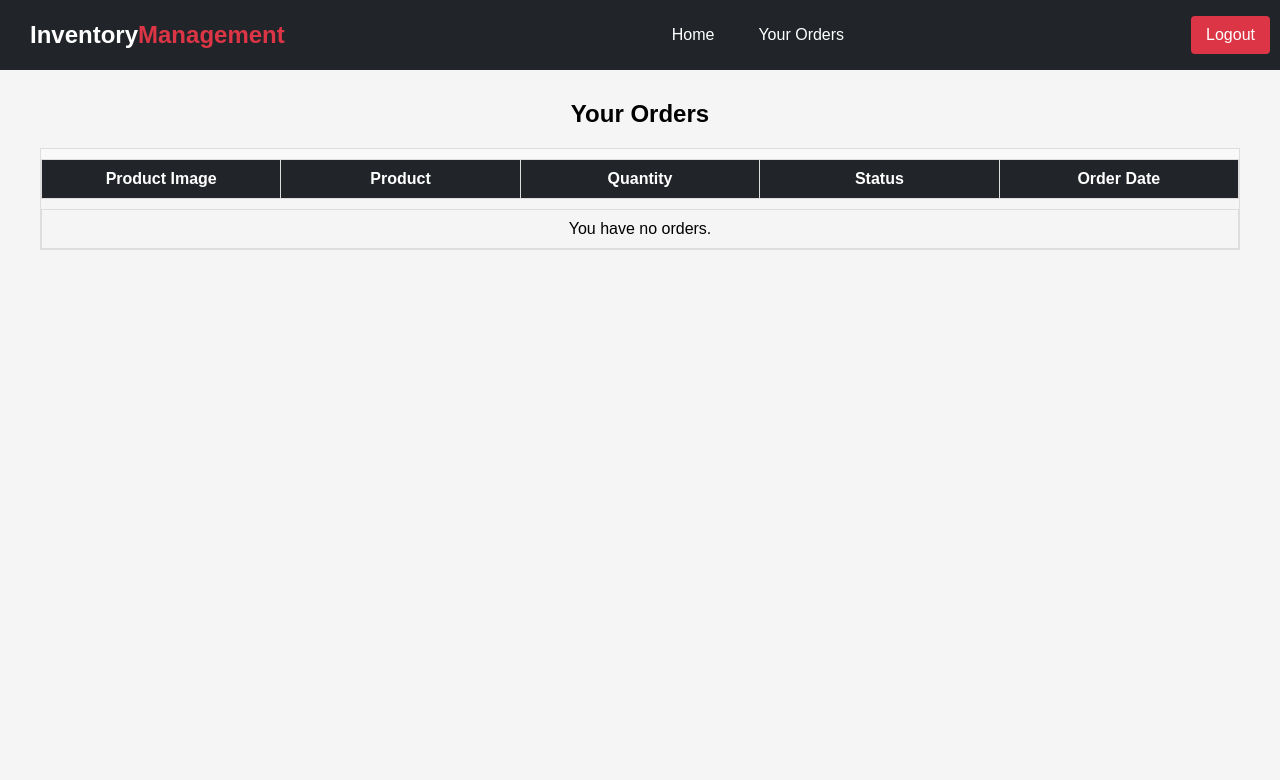
Repository: Fail2/Inventory_Management
Page: inventory_management/accounts/templates/accounts/buyer_orders.html
The author's editor kept a copy of each file at every save. The page is drawn from the files as they stood at one save, then again after the next save.
The browser window is 1280 px wide. The pictures show the whole page.
The page is served by the project's application, run on Django 5.2 (inventory_management/manage.py). Other server files are loaded and not shown. The template is opened directly, without the code that normally fills it, so the values that code supplies are empty.

Above is the page before, as saved 2025-05-03 10:14:26.

### inventory_management/accounts/templates/accounts/buyer_orders.html
{% extends 'accounts/buyer_base.html' %}

{% block title %}Your Orders{% endblock %}

{% block extra_css %}
<style>
    html, body {
        height: 100%;
        margin: 0;
        padding: 0;
    }

    .page-wrapper {
        display: flex;
        flex-direction: column;
        height: 100%;
    }

    h2 {
        text-align: center;
        margin: 20px 0;
    }

    .table-container {
        flex: 1;
        display: flex;
        flex-direction: column;
        margin: 0 20px 20px 20px;
        border: 1px solid #ddd;
    }

    .table-header, .table-body {
        width: 100%;
    }

    .table-header table, .table-body table {
        width: 100%;
        border-collapse: collapse;
        table-layout: fixed;
    }

    .table-header th, .table-body td {
        padding: 10px;
        text-align: center;
        border: 1px solid #ddd;
    }

    .table-header {
        background-color: #f9f9f9;
    }

    .table-body {
        flex: 1;
        overflow-y: auto;
        max-height: 70vh;  /* Adjust as needed */
    }

    img {
        max-width: 100px;
        height: auto;
    }

    @media screen and (max-width: 600px) {
        .table-header th, .table-body td {
            font-size: 12px;
            padding: 5px;
        }
        img {
            max-width: 60px;
        }
    }
</style>
{% endblock %}

{% block content %}
<div class="page-wrapper">
    <h2>Your Orders</h2>

    <div class="table-container">
        <!-- Table Header -->
        <div class="table-header">
            <table>
                <thead>
                    <tr>
                        <th>Product Image</th>
                        <th>Product</th>
                        <th>Quantity</th>
                        <th>Status</th>
                        <th>Order Date</th>
                    </tr>
                </thead>
            </table>
        </div>

        <!-- Scrollable Table Body -->
        <div class="table-body">
            <table>
                <tbody>
                    {% for order in orders %}
                    <tr>
                        <td>
                            <img src="{{ order.product.picture.url|default:'/media/product_images/default-image.jpg' }}" alt="{{ order.product.name }}">
                        </td>
                        <td>{{ order.product.name }}</td>
                        <td>{{ order.quantity }}</td>
                        <td>{{ order.status }}</td>
                        <td>{{ order.order_date|date:"Y-m-d H:i" }}</td>
                    </tr>
                    {% empty %}
                    <tr>
                        <td colspan="5">You have no orders.</td>
                    </tr>
                    {% endfor %}
                </tbody>
            </table>
        </div>
    </div>
</div>
{% endblock %}

### inventory_management/accounts/templates/accounts/buyer_base.html
<!DOCTYPE html>
<html lang="en">
<head>
    <meta charset="UTF-8">
    <meta name="viewport" content="width=device-width, initial-scale=1.0">
    <title>Inventory Management</title>

    {% block extra_css %}{% endblock %}  <!-- Extra CSS block -->

    <!-- Internal CSS -->
    <style>
        body {
            margin: 0;
            font-family: 'Arial', sans-serif;
            background: #f5f5f5;
        }
        .navbar {
            background: #212529;
            color: white;
            padding: 10px 0;
            position: fixed;
            top: 0;
            width: 100%;
            z-index: 999;
        }
        .navbar-container {
            width: 100%;
            display: flex;
            justify-content: space-between;
            padding: 0 20px;
            align-items: center;
        }
        .navbar-logo {
            font-size: 24px;
            color: white;
            text-decoration: none;
            font-weight: bold;
            display: flex;
            align-items: center;
        }
        .navbar-logo i {
            margin-right: 10px;
            font-size: 28px;
        }
        .navbar-logo span {
            color: #dc3545;
        }
        .navbar-links {
            list-style: none;
            display: flex;
            gap: 20px;
            flex-grow: 1;
            justify-content: center;
        }
        .navbar-links li {
            display: inline;
        }
        .navbar-links a {
            color: white;
            text-decoration: none;
            padding: 8px 12px;
            font-size: 16px;
            border-radius: 4px;
            transition: background 0.3s;
        }
        .navbar-links a:hover {
            background: #575757;
        }
        .logout-btn-container {
            margin-left: auto;
            padding-right: 20px;
        }
        .logout-btn {
            background: #dc3545;
            color: white;
            padding: 10px 15px;
            font-size: 16px;
            cursor: pointer;
            border: none;
            border-radius: 4px;
            transition: background 0.3s;
            margin-right: 10px;
        }
        .logout-btn:hover {
            background: #c82333;
        }
        .main-content {
            padding: 20px;
            margin-top: 60px;
        }
        .orders-table {
            background: white;
            width: 100%;
            border-radius: 8px;
            padding: 20px;
            box-shadow: 0 0 10px rgba(0,0,0,0.1);
        }
        table {
            width: 100%;
            border-collapse: collapse;
            margin-top: 10px;
        }
        table, th, td {
            border: 1px solid #ddd;
        }
        th, td {
            padding: 8px;
            text-align: center;
        }
        th {
            background: #212529;
            color: white;
        }
    </style>
</head>
<body>
    <header>
        <nav class="navbar">
            <div class="navbar-container">
                <a href="{% url 'buyer_home' %}" class="navbar-logo">
                    <i class="fas fa-cart-plus"></i> Inventory <span>Management</span>
                </a>
                <ul class="navbar-links">
                    <li><a href="{% url 'buyer_home' %}">Home</a></li>
                    <li><a href="{% url 'buyer_orders' %}">Your Orders</a></li>
                </ul>
                <div class="logout-btn-container">
                    <form method="post" action="{% url 'logout' %}">
                        {% csrf_token %}
                        <button type="submit" class="logout-btn">
                            <i class="fas fa-sign-out-alt"></i> Logout
                        </button>
                    </form>
                </div>
            </div>
        </nav>
    </header>

    <div class="main-content">
        {% block content %}{% endblock %}
    </div>

    {% block extra_scripts %}{% endblock %}  <!-- Extra scripts block -->
</body>
</html>

### inventory_management/accounts/middleware/auth_middleware.py
from django.shortcuts import redirect

class BuyerSupplierLoginRequiredMiddleware:
    """
    Middleware to protect buyer and supplier pages.
    If user is not logged in, they will be redirected to login page.
    """

    def __init__(self, get_response):
        self.get_response = get_response

    def __call__(self, request):
        # Paths that need protection
        protected_paths = [
            '/buyer/',         # All buyer pages
            '/supplier/',      # All supplier pages
        ]

        # Check if the request path starts with any protected path
        if any(request.path.startswith(path) for path in protected_paths):
            if not request.session.get('user_type'):
                # If user_type not found in session, redirect to login
                return redirect('login')  # URL name of your login page

        response = self.get_response(request)
        return response

### inventory_management/inventory_management/urls.py
"""
URL configuration for inventory_management project.

The `urlpatterns` list routes URLs to views. For more information please see:
    https://docs.djangoproject.com/en/5.2/topics/http/urls/
Examples:
Function views
    1. Add an import:  from my_app import views
    2. Add a URL to urlpatterns:  path('', views.home, name='home')
Class-based views
    1. Add an import:  from other_app.views import Home
    2. Add a URL to urlpatterns:  path('', Home.as_view(), name='home')
Including another URLconf
    1. Import the include() function: from django.urls import include, path
    2. Add a URL to urlpatterns:  path('blog/', include('blog.urls'))
"""
from django.contrib import admin
from django.conf import settings
from django.conf.urls.static import static
from django.urls import path,include

urlpatterns = [
    path('admin/', admin.site.urls),
    path('accounts/',include('accounts.urls')),
]
# This serves media files in development (make sure to only use this in development)
if settings.DEBUG:
    urlpatterns += static(settings.MEDIA_URL, document_root=settings.MEDIA_ROOT)

### inventory_management/accounts/urls.py

from django.conf import settings
from django.conf.urls.static import static
from django.urls import path
from . import views

urlpatterns = [
    # Admin-related paths
    path('admin-login/', views.admin_login_view, name='admin-login'),
    path('admin-dashboard/', views.admin_dashboard, name='admin_dashboard'),
    path('<str:user_type>/list/', views.user_list, name='user_list'),
    path('<str:user_type>/add/', views.add_user, name='add_user'),
    path('<str:user_type>/edit/<int:user_id>/', views.edit_user, name='edit_user'),
    path('<str:user_type>/delete/<int:user_id>/', views.delete_user, name='delete_user'),
    path('products/', views.product_list, name='product_list'),
    path('add/', views.add_product, name='add_product'),  # add_product view coming next
    path('products/<int:product_id>/edit/', views.edit_product, name='edit_product'),
    path('products/<int:product_id>/delete/', views.delete_product, name='delete_product'),
    path('products/by/<str:group_by>/', views.grouped_product_list, name='grouped_product_list'),
    path('add/<str:group_by>/', views.add_group, name='add_group'),

    # Buyer/Seller login
    path('login/', views.login_view, name='login'),
    path('logout/', views.logout_view, name='logout'),


    # Buyer-specific paths
    path('buyer/login/', views.login_view, name='login_view'),
    path('buyer/home/', views.buyer_home, name='buyer_home'),
    path('buyer/orders/', views.buyer_orders, name='buyer_orders'),
    path('buyer/place_order/<int:product_id>/', views.place_order, name='place_order'),
    path('<str:user_type>/product/<int:product_id>/', views.buyer_product_detail, name='buyer_product_detail'),


    #Supplier

]

Loaded but not shown: inventory_management/accounts/templatetags/custom_tags.py (common file)

After the next save:
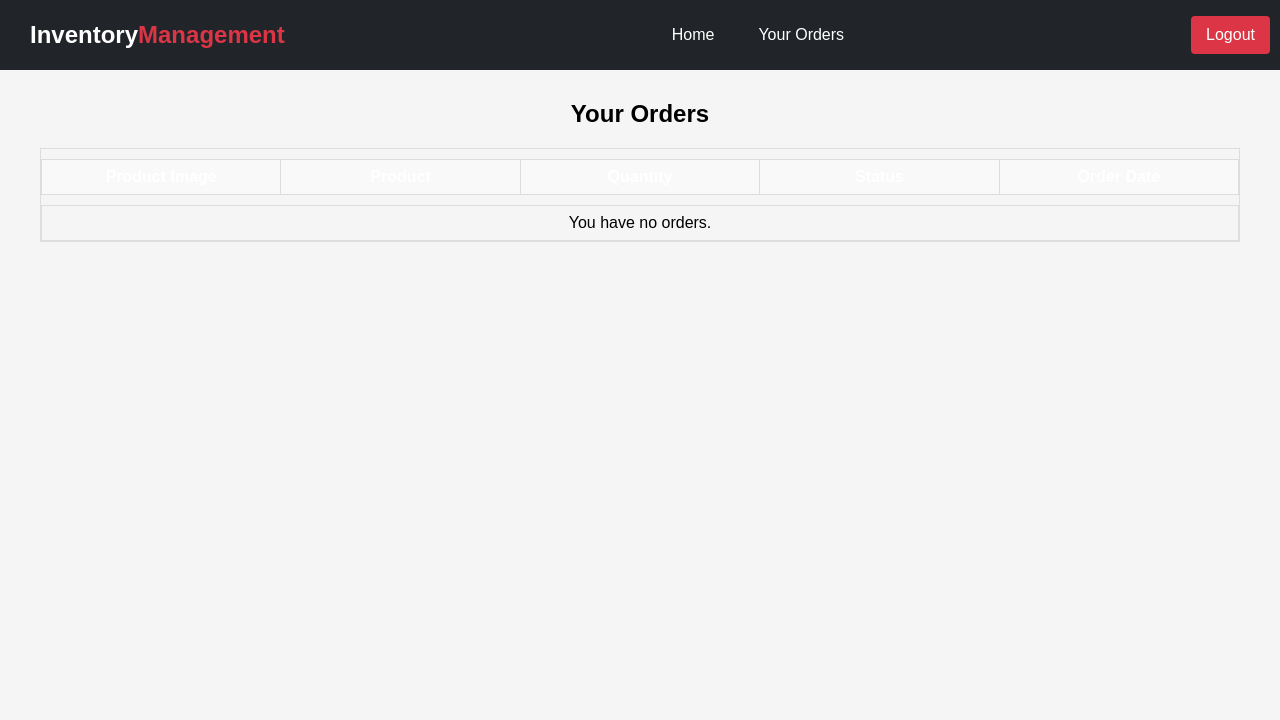
Saved 4 min 36 s later.
--- a/inventory_management/accounts/templates/accounts/buyer_orders.html
+++ b/inventory_management/accounts/templates/accounts/buyer_orders.html
@@ -8,6 +8,7 @@
         height: 100%;
         margin: 0;
         padding: 0;
+        overflow: hidden; /* Prevent body scroll */
     }
 
     .page-wrapper {
@@ -27,32 +28,34 @@
         flex-direction: column;
         margin: 0 20px 20px 20px;
         border: 1px solid #ddd;
+        overflow: hidden; /* Contain table body scroll */
     }
 
-    .table-header, .table-body {
-        width: 100%;
-    }
-
-    .table-header table, .table-body table {
+    .table-header table {
         width: 100%;
         border-collapse: collapse;
         table-layout: fixed;
     }
 
-    .table-header th, .table-body td {
+    .table-body {
+        flex: 1;
+        overflow-y: auto;
+    }
+
+    .table-body table {
+        width: 100%;
+        border-collapse: collapse;
+        table-layout: fixed;
+    }
+
+    th, td {
         padding: 10px;
         text-align: center;
         border: 1px solid #ddd;
     }
 
-    .table-header {
+    .table-header th {
         background-color: #f9f9f9;
-    }
-
-    .table-body {
-        flex: 1;
-        overflow-y: auto;
-        max-height: 70vh;  /* Adjust as needed */
     }
 
     img {
@@ -61,7 +64,7 @@
     }
 
     @media screen and (max-width: 600px) {
-        .table-header th, .table-body td {
+        th, td {
             font-size: 12px;
             padding: 5px;
         }
@@ -77,7 +80,7 @@
     <h2>Your Orders</h2>
 
     <div class="table-container">
-        <!-- Table Header -->
+        <!-- Header Table -->
         <div class="table-header">
             <table>
                 <thead>
@@ -92,7 +95,7 @@
             </table>
         </div>
 
-        <!-- Scrollable Table Body -->
+        <!-- Scrollable Body Table -->
         <div class="table-body">
             <table>
                 <tbody>

After the save that followed:
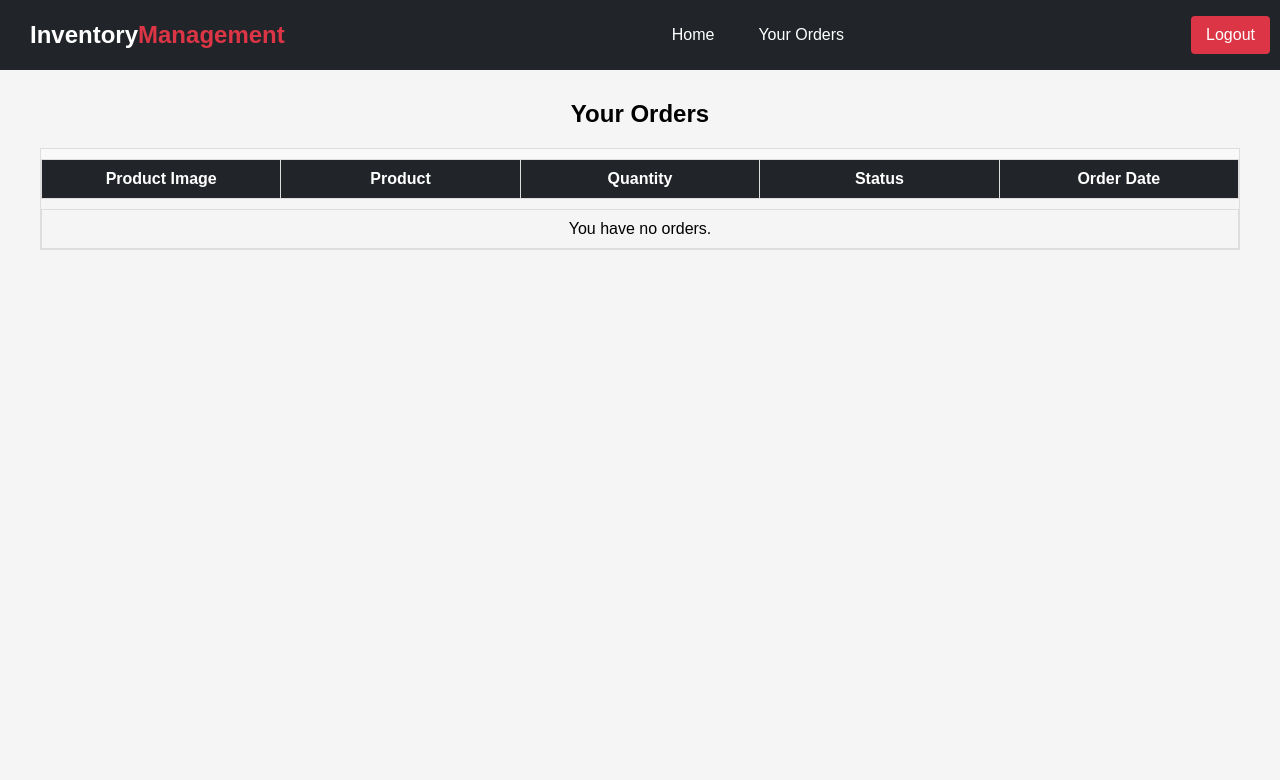
Saved 21 s later.
--- a/inventory_management/accounts/templates/accounts/buyer_orders.html
+++ b/inventory_management/accounts/templates/accounts/buyer_orders.html
@@ -8,7 +8,6 @@
         height: 100%;
         margin: 0;
         padding: 0;
-        overflow: hidden; /* Prevent body scroll */
     }
 
     .page-wrapper {
@@ -28,34 +27,32 @@
         flex-direction: column;
         margin: 0 20px 20px 20px;
         border: 1px solid #ddd;
-        overflow: hidden; /* Contain table body scroll */
     }
 
-    .table-header table {
+    .table-header, .table-body {
+        width: 100%;
+    }
+
+    .table-header table, .table-body table {
         width: 100%;
         border-collapse: collapse;
         table-layout: fixed;
     }
 
-    .table-body {
-        flex: 1;
-        overflow-y: auto;
-    }
-
-    .table-body table {
-        width: 100%;
-        border-collapse: collapse;
-        table-layout: fixed;
-    }
-
-    th, td {
+    .table-header th, .table-body td {
         padding: 10px;
         text-align: center;
         border: 1px solid #ddd;
     }
 
-    .table-header th {
+    .table-header {
         background-color: #f9f9f9;
+    }
+
+    .table-body {
+        flex: 1;
+        overflow-y: auto;
+        max-height: 70vh;  /* Adjust as needed */
     }
 
     img {
@@ -64,7 +61,7 @@
     }
 
     @media screen and (max-width: 600px) {
-        th, td {
+        .table-header th, .table-body td {
             font-size: 12px;
             padding: 5px;
         }
@@ -80,7 +77,7 @@
     <h2>Your Orders</h2>
 
     <div class="table-container">
-        <!-- Header Table -->
+        <!-- Table Header -->
         <div class="table-header">
             <table>
                 <thead>
@@ -95,7 +92,7 @@
             </table>
         </div>
 
-        <!-- Scrollable Body Table -->
+        <!-- Scrollable Table Body -->
         <div class="table-body">
             <table>
                 <tbody>
